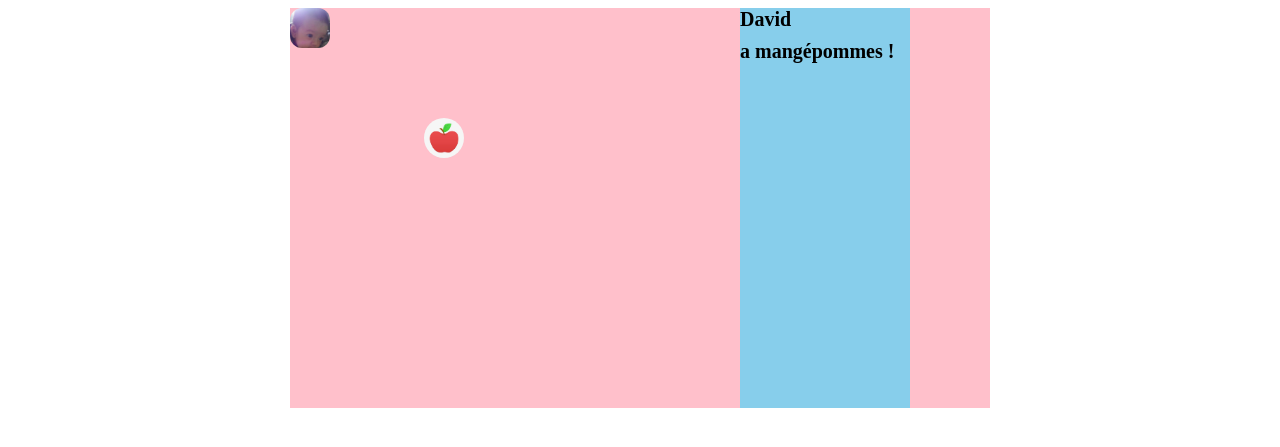
Repository: clairedupuich/kong_jian
Page: snake_game/snake.html
These files come from the project's save history. The page is drawn as it stood at one moment and after a run of saves; the edit follows.
The browser window is 1280 px wide. The pictures show the whole page.

Above is the page before, as saved 2020-12-18 15:06:14.

After the next 2 saves:
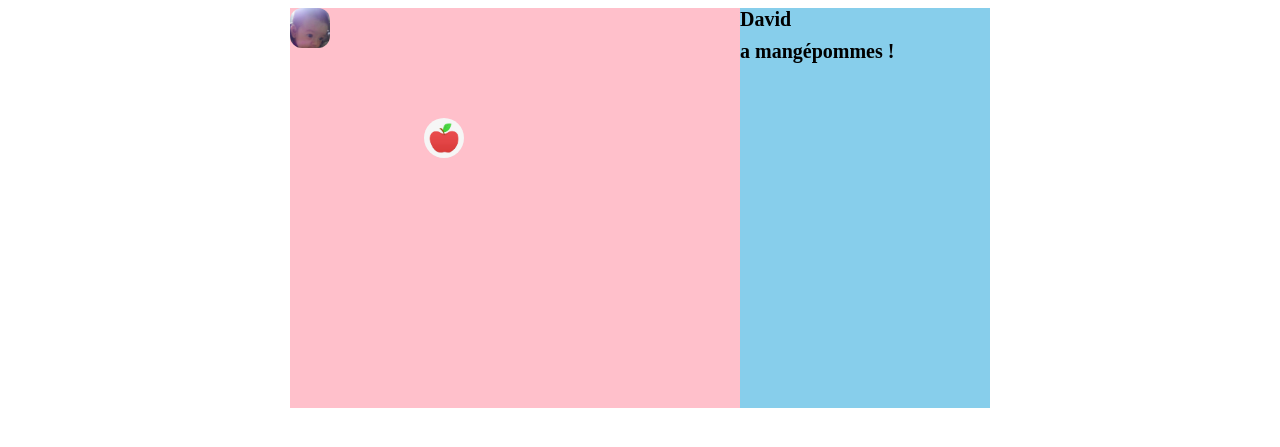
The 2 saves are shown as one change because they came seconds apart.
The last was saved 26 s later.
--- a/snake_game/snake.css
+++ b/snake_game/snake.css
@@ -14,7 +14,7 @@
 }
 .menu{
     height: 400px;
-    width: 170px;
+    width: 250px;
     float: left;
     background-color: skyblue;
 }
